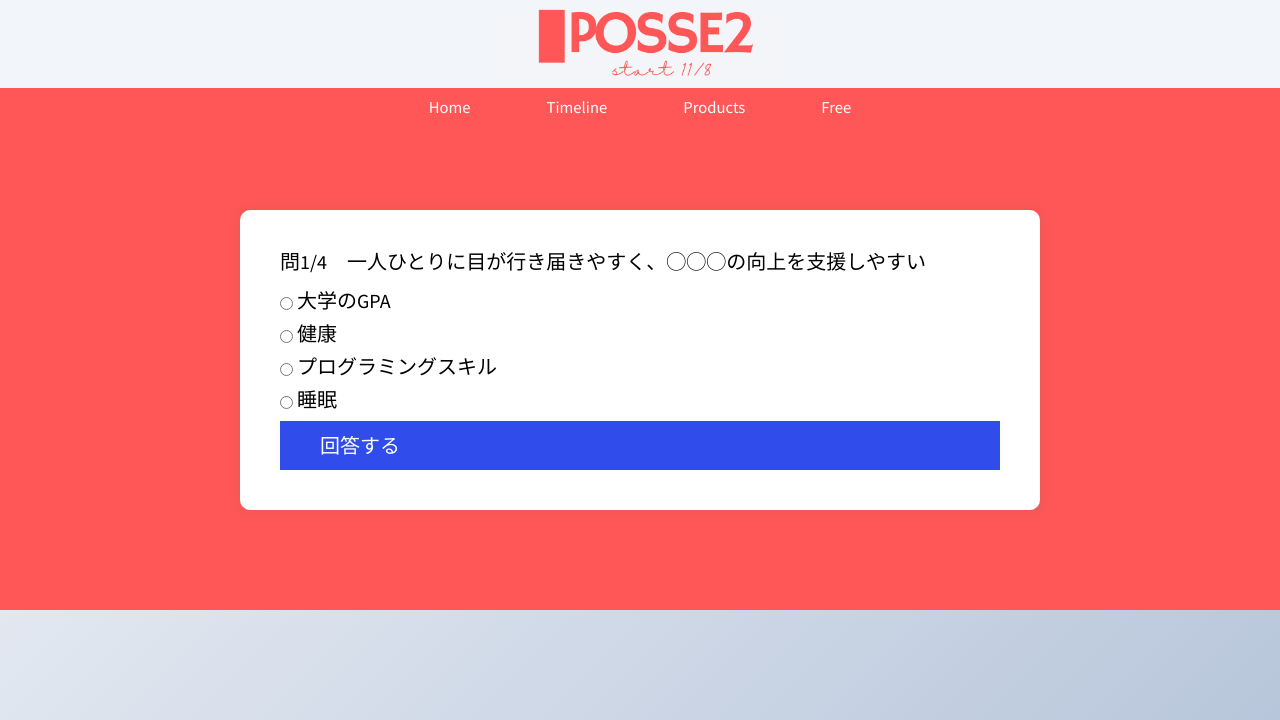
Repository: posse-ap/posse2-hackathon-202202-team2B
Page: src/html/top.html
These files come from the project's save history. The page is drawn as it stood at one moment and after the next save; the edit follows.
The browser window is 1280 px wide. The pictures show the whole page.
The style sheet was rebuilt from its Sass, Less or Tailwind sources for each picture, by a compiler version that may differ from the author's.

Above is the page before, as saved 2022-02-14 22:12:30.
Console error: SyntaxError: Cannot use import statement outside a module

### src/html/top.html
<!DOCTYPE html>
<html lang="ja">
<head>
    <meta charset="UTF-8">
    <meta http-equiv="X-UA-Compatible" content="IE=edge">
    <meta name="viewport" content="width=device-width, initial-scale=1.0">
    <title>トップページ</title>
    <link rel="stylesheet" href="/src/reset.css">
    <link rel="stylesheet" href="../css/top.css">
    <script type="module" src="/src/js/index.js" defer></script>
</head>
<body>
    <header>
        <h1 class="logo">
            <a href="#" ><img src="/src/image/10.png" alt="Travel Blog"></a>
        </h1>
        <ul>
            <div class="lists">
                <li><a href="" class="list hover_action">Home</a></li>
                <li><a href="" class="list hover_action">Timeline</a></li>
                <li><a href="" class="list hover_action">Products</a></li>
                <li><a href="" class="list hover_action">Free</a></li>
            </div>
        </ul>
    </header>

<!-- クイズ -->
<div class="quiz-wrapper">
    <h2></h2>
    <div class="quiz-container">
        <div id="quiz-header">
          <h2 id="question">Question text</h2>
            <br>
          <form id="quiz-form" name="quizForm">
            <ul class="questions">
              <li>
                <input type="radio" id="a" name="answer" value="a" />
                <label id="a-text" for="a">Question</label>
              </li>
              <li>
                <input type="radio" id="b" name="answer" value="b" />
                <label id="b-text"  for="b">Question</label>
              </li>
              <li>
                <input type="radio" id="c" name="answer" value="c" />
                <label id="c-text"  for="c">Question</label>
              </li>
              <li>
                <input type="radio" id="d" name="answer" value="d" />
                <label id="d-text"  for="d">Question</label>
              </li>
            </ul>
            <div id="message">POSSE2へ加入/div>
          </form>
        </div>

        <button id="submit">回答する</button>

        <!-- 結果表示用の要素 -->
        <div id="results-container">
          <div id="results-header">
            <h2 id="results"></h2>
            <button id="next-quiz">次の問題へ</button>
          </div>
        </div>
      </div>
</div>
      <script src="../js/index.js"></script>
</body>
    </html>

### src/js/index.js
// クイズデータを読み込む
import { quizDataJp } from './quiz_data_jp.js';

// 問題文
const questionElm = document.getElementById('question');

// 選択肢
const a_text = document.getElementById('a-text');
const b_text = document.getElementById('b-text');
const c_text = document.getElementById('c-text');
const d_text = document.getElementById('d-text');

// 回答送信ボタン
const submitBtn = document.getElementById('submit');

// 現在の問題
let currentQuiz = 0;

// 現在のスコア
let score = 0;

// 次の問題へ進むボタン
const nextQuizBtn = document.getElementById('next-quiz');

// 結果表示用の要素
const quizHeaderElm = document.getElementById('quiz-header');
const resultsConElm = document.getElementById('results-container');
const resultsElm = document.getElementById('results');

loadQuiz();

// 問題を読み込む
function loadQuiz() {
  // 問題を取得
  const currentQuizData = quizDataJp[currentQuiz];

  // 質問文を表示
  questionElm.innerText = currentQuizData.question;

  // 選択肢を表示
  a_text.innerText = currentQuizData.a;
  b_text.innerText = currentQuizData.b;
  c_text.innerText = currentQuizData.c;
  d_text.innerText = currentQuizData.d;
}

// 回答を取得
function getAnswered() {

  // 選択したラジオボタンのvalueを返す
  return document.quizForm.answer.value;
}

// 結果表示
function showResults(results) {
  quizHeaderElm.style.display = 'none';
  submitBtn.style.display = 'none';
  resultsConElm.style.display = 'block';
  resultsElm.innerText = results;
}

// 次の問題を表示
function showQuiz() {
  quizHeaderElm.style.display = 'block';
  submitBtn.style.display = 'block';
  resultsConElm.style.display = 'none';
}

// 採点
function checkScore() {
  if (score == quizDataJp.length) {
    return '全問正解！おめでとう！';
  } else {
    return 'もう一回挑戦しよう！';
  }
}

submitBtn.addEventListener('click', event => {
  event.preventDefault();

  // 回答を取得
  const answer = getAnswered();

  // 回答している
  if(answer) {

    // 正誤判定
    if (answer === quizDataJp[currentQuiz].correct) {
      showResults('正解！');
      score++;
    } else {
      showResults('残念...');
    }

    // ラジオボタンの選択を解除する
    document.getElementById(answer).checked = false;
  }
});

    let message=document.getElementById('message');
    function lastmessage(){
        let aLink =  document.createElement("a")
        message.appendChild(aLink);
    }
nextQuizBtn.addEventListener('click', event => {
  event.preventDefault();
  let nextquiz = document.getElementById('next-quiz');
  // 次の問題へ進む
  currentQuiz++;

  // まだ問題が残っている
  if (currentQuiz < quizDataJp.length) {
    // 次の問題を読み込む
    loadQuiz();

    // 問題を表示する
    showQuiz();

  // 全ての問題に回答した
  } else {
    // alert(checkScore());
    nextquiz.style.display = "none";
    showResults('POSSE2へようこそ');
    lastmessage
    // window.location.reload();
  }
});

### src/js/quiz_data_jp.js
const quizDataJp = [
    {
      question: '問1/4　一人ひとりに目が行き届きやすく、◯◯◯の向上を支援しやすい',
      a: '大学のGPA',
      b: '健康',
      c: 'プログラミングスキル',
      d: '睡眠',
      correct: 'c'
    },
    {
      question: '問2/4　一人ひとりの◯◯◯を手厚くサポートしやすい',
      a: '健康',
      b: '交通費',
      c: '大学の課題',
      d: '悩み',
      correct: 'd'
    },
    {
      question: '問3/4　一人ひとりの◯◯◯がコミュニティ内で認識されやすい',
      a: '家族',
      b: '個性/存在',
      c: '黒歴史',
      d: 'バイト代',
      correct: 'b'
    },
    {
      question: '問4/4　◯◯◯人間関係を構築しやすい。一生の友達',
      a: '深い',
      b: '浅い',
      c: 'よっ友的な',
      d: '軽い',
      correct: 'a'
    },
  ];

  export { quizDataJp }

### src/sass/top-sass/top.scss
html{
    font-size: 6.25%;
}

body{
background-color: aqua;

}

// ヘッダー
header{
    height:1.07rem;
    position: fixed;
    width: 100%;
    top:0;
    z-index: 1;
}

a{
    cursor: pointer;
}

.logo {
    height: 88.0rem;
    background-color: #F2F5F9;
    width: 100%;
    text-align: center;
    // margin:0 120rem;
    padding:8rem 0rem 0rem 0rem;
}

header img{
    height: 80rem;
    width: 300rem;
    object-fit: cover;
}

header ul{
    height: 39rem;
    background-color: #FF5757;
    color: white;
    display: flex;
    font-size: 12.63rem;
}

.lists{
    // margin: 0 135rem;
    display: flex;
    margin: 0 auto;
    text-align: center;
    align-items: center;
}

header li{
    list-style-type: none;
    display: inline-block;
    margin:0 38rem;
    text-align: center;
    font-size: 16.63rem;
}

.list{
    color: white;
}

.hover_action{
    position: relative;
}
.hover_action::after {
    position: absolute;
    bottom: -4px;
    left: 0;
    content: '';
    width: 100%;
    height: 2px;
    padding-bottom: 1px;
    background: white;
    transform: scale(0, 1);
    transform-origin: left top;
    transition: transform .3s;
  }
  .hover_action:hover::after {
    transform: scale(1, 1);
  }

// クイズ
@import url('https://fonts.googleapis.com/css2?family=Source+Sans+Pro&display=swap');

* {
  box-sizing: border-box;
}

body {
  background-color: #b8c6db;
  background-image: linear-gradient(315deg, #b8c6db 0%, #f5f7fa 100%);
  display: flex;
  align-items: center;
  justify-content: center;
  font-family: 'Source Sans Pro', sans-serif;
  margin: 0;
  min-height: 100vh;
}

.quiz-wrapper{
  background-color: #FF5757;
  display: flex;
  justify-content: center;
  align-items: center;
  width: 100%;
  height: 500rem;
}

.quiz-container {
  background-color: white;
  border-radius: 10px;
  box-shadow: 0 0 10rem 2rem rgba(100, 100, 100, 0.1);
  overflow: hidden;
  width: 800rem;
  max-width: 100%;
//   display: unset;
}

#quiz-header {
  padding: 40rem;
}

h2 {
  margin: 0;
}

ul {
  list-style-type: none;
  padding: 0;
}

.questions li {
//   font-size: 1.2rem;
  margin: 10rem 0;
}

ul li input {
  cursor: pointer;
}

ul li label {
  cursor: pointer;
}

#question{
    font-size: 20rem;
}
.questions{
    font-size: 20rem;
}
button {
  background-color: #304dec;
  border: none;
  color: white;
  cursor: pointer;
  display: block;
  font-family: inherit;
  font-size: 20rem;
  width: 100%;
  padding: 13rem 13rem 13rem 40rem;
}

button:hover {
  background-color: #233bc4;
}

#results-container {
  display: none;
  align-items: center;
}

#results-header {
  text-align: center;
  justify-content: center;
}

#results {
  padding: 20rem 0;
  font-size: 20rem;
}

#message{
    display: none;
    font-size: 20rem;
    color: black;
    background-color: white;
}


@media(max-width:600px) {
    header .lists{
    /* 横スクロールを表示 */
    overflow-x: scroll;
    margin: 0;
    white-space: nowrap;
    }

    header  li{
        margin: 0rem;
        padding: 10rem 60rem 10rem 0;
    }

    .logo{
        margin: 0;
    }

    header ul{
        display: block;
        padding: 0 16rem;
    }
}

Loaded but not shown: src/reset.css (common file)

After the next save:
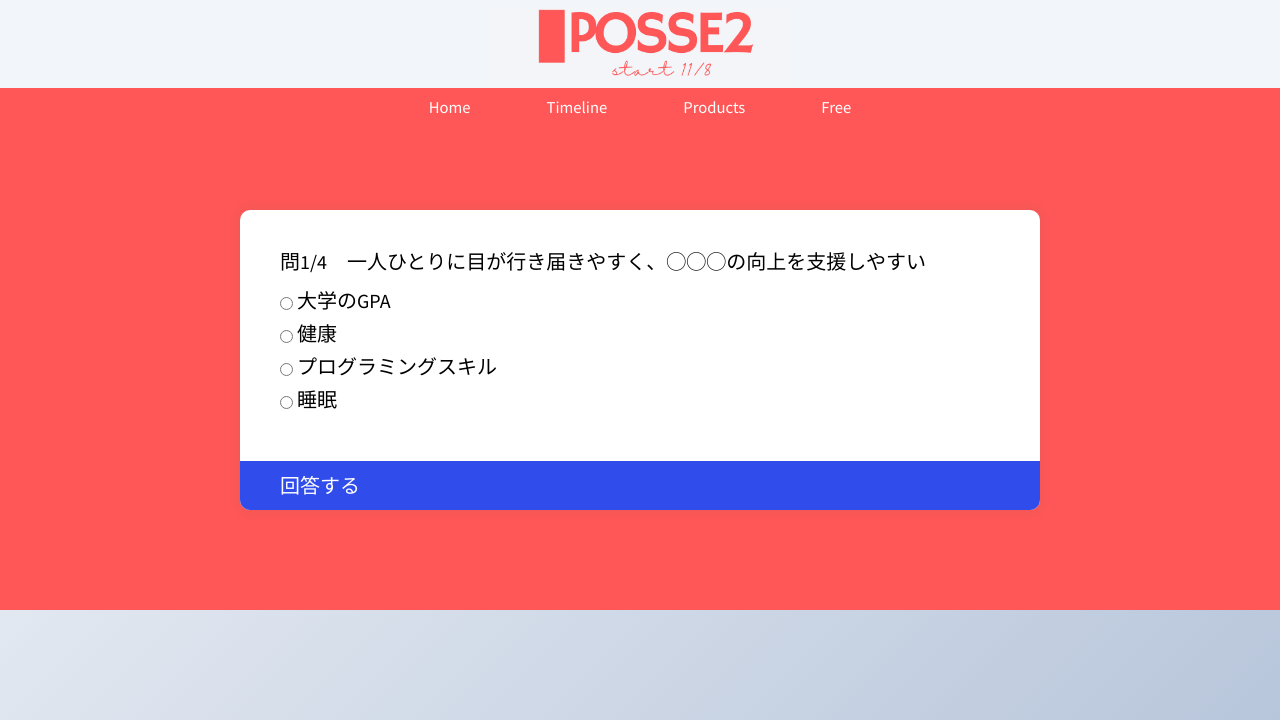
Saved 6 s later.
--- a/src/html/top.html
+++ b/src/html/top.html
@@ -50,7 +50,7 @@
                 <label id="d-text"  for="d">Question</label>
               </li>
             </ul>
-            <div id="message">POSSE2へ加入/div>
+            <div id="message">POSSE2へ加入</div>
           </form>
         </div>
 
